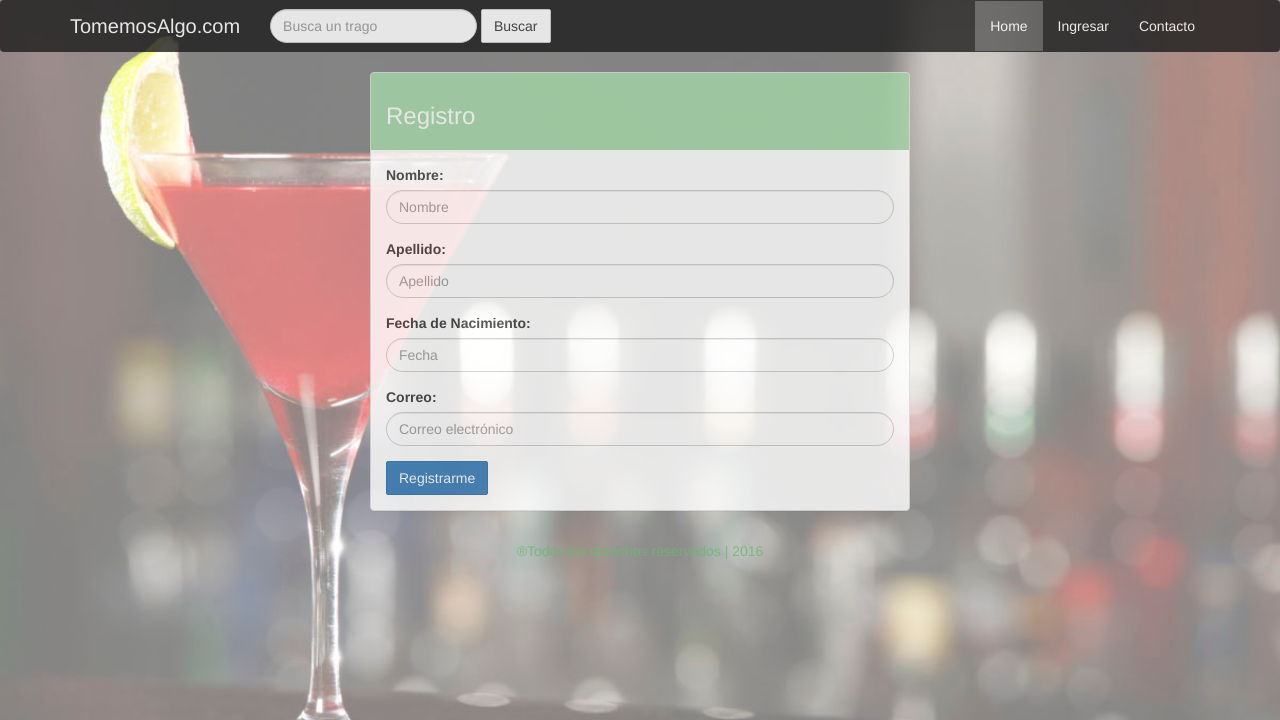
Repository: MaxiAven/TallerWebJava
Page: http://localhost/proyecto-base-spring/WEB-INF/jsp/registro.jsp
The author's editor kept a copy of each file at every save. The page is drawn from the files as they stood at one save, then again after the next save.
The browser window is 1280 px wide. The pictures show the whole page.
Some web libraries are served in a nearby version. The page is served by Tomcat 9. Nobody is signed in. Other server files are loaded and not shown. The template is opened directly, without the code that normally fills it, so the values that code supplies are empty.

Above is the page before, as saved 2016-10-10 18:02:01.

### proyecto-base-spring/src/main/webapp/WEB-INF/jsp/registro.jsp

<!DOCTYPE html>
<html lang="en">
  <head>
    <meta charset="utf-8">
    <meta http-equiv="X-UA-Compatible" content="IE=edge">
    <meta name="viewport" content="width=device-width, initial-scale=1">
    <!-- The above 3 meta tags *must* come first in the head; any other head content must come *after* these tags -->
    <meta name="description" content="">
    <meta name="author" content="">
    <link rel="icon" href="../../favicon.ico">

    <title>QueTomamos | Recetas con Onda</title>

    <!-- Bootstrap core CSS -->
    <link href="css/bootstrap.min.css" rel="stylesheet" >
    <!-- Bootstrap theme -->
    <!-- <link href="css/bootstrap-theme.min.css" rel="stylesheet">-->

  </head>

  <body role="document">

    <!-- Fixed navbar -->
    <nav class="menu navbar navbar-inverse">
      <div class="container">
        <div class="navbar-header">
          <button type="button" class="navbar-toggle collapsed" data-toggle="collapse" data-target="#navbar" aria-expanded="false" aria-controls="navbar">
            <span class="sr-only">Toggle navigation</span>
            <span class="icon-bar"></span>
            <span class="icon-bar"></span>
            <span class="icon-bar"></span>
          </button>
          <a class="navbar-brand" href="#">TomemosAlgo.com</a>
        </div>
        <form class="navbar-form navbar-left">
        <div class="form-group">
          <input type="text" class="form-control" placeholder="Busca un trago">
        </div>
        <button type="submit" class="btn btn-default">Buscar</button>
      </form>
        <div id="navbar" class="navbar-collapse collapse">
          <ul class="nav navbar-nav navbar-right">
            <li class="active"><a href="index">Home</a></li>
            <li><a href="login">Ingresar</a></li>
            <li><a href="#contact">Contacto</a></li>

          </ul>
        </div><!--/.nav-collapse -->
      </div>
    </nav>

    <div class="container">
    	<div class="col-md-3"></div>
    	<div class="col-md-6 contenido">

    		<div class="panel panel-default md">
			  <div class="panel-heading tcolor">
			  	<h3>Registro</h3>
			  </div>
			  <div class="panel-body">
			    <form>
				  <div class="form-group">
				    <label for="Nombre">Nombre:</label>
				    <input type="text" class="form-control" id="nombre" placeholder="Nombre">
				  </div>
				  <div class="form-group">
				    <label for="Apellido">Apellido:</label>
				    <input type="text" class="form-control" id="apellido" placeholder="Apellido">
				  </div>
				  <div class="form-group">
				    <label for="Fecha">Fecha de Nacimiento:</label>
				    <input type="text" class="form-control" id="fecha" placeholder="Fecha">
				  </div>

				  <div class="form-group">
				    <label for="email">Correo:</label>
				    <input type="email" class="form-control" id="email" placeholder="Correo electrónico">
				  </div>

				  <button type="submit" class="btn btn-primary">Registrarme</button>
				</form>
			  </div>
			</div>

    	</div>
    	<div class="col-md-3"></div>
	</div>
    <!-- /container -->

<footer class="footer">
	<div class="col-md-3"></div>
	<div class="col-md-6">
		<p>®Todos los derechos reservados | 2016</p>
	</div>
	<div class="col-md-3"></div>

</footer>
    <!-- Bootstrap core JavaScript
    ================================================== -->
    <!-- Placed at the end of the document so the pages load faster -->
    <script src="https://ajax.googleapis.com/ajax/libs/jquery/1.11.3/jquery.min.js" ></script>
    <script>window.jQuery || document.write('<script src="../../assets/js/vendor/jquery.min.js"><\/script>')</script>
    <script src="js/bootstrap.min.js" type="text/javascript"></script>
  </body>
</html>

Loaded but not shown: proyecto-base-spring/src/main/webapp/css/bootstrap.min.css (library); proyecto-base-spring/src/main/webapp/js/bootstrap.min.js (library)

After the next save:
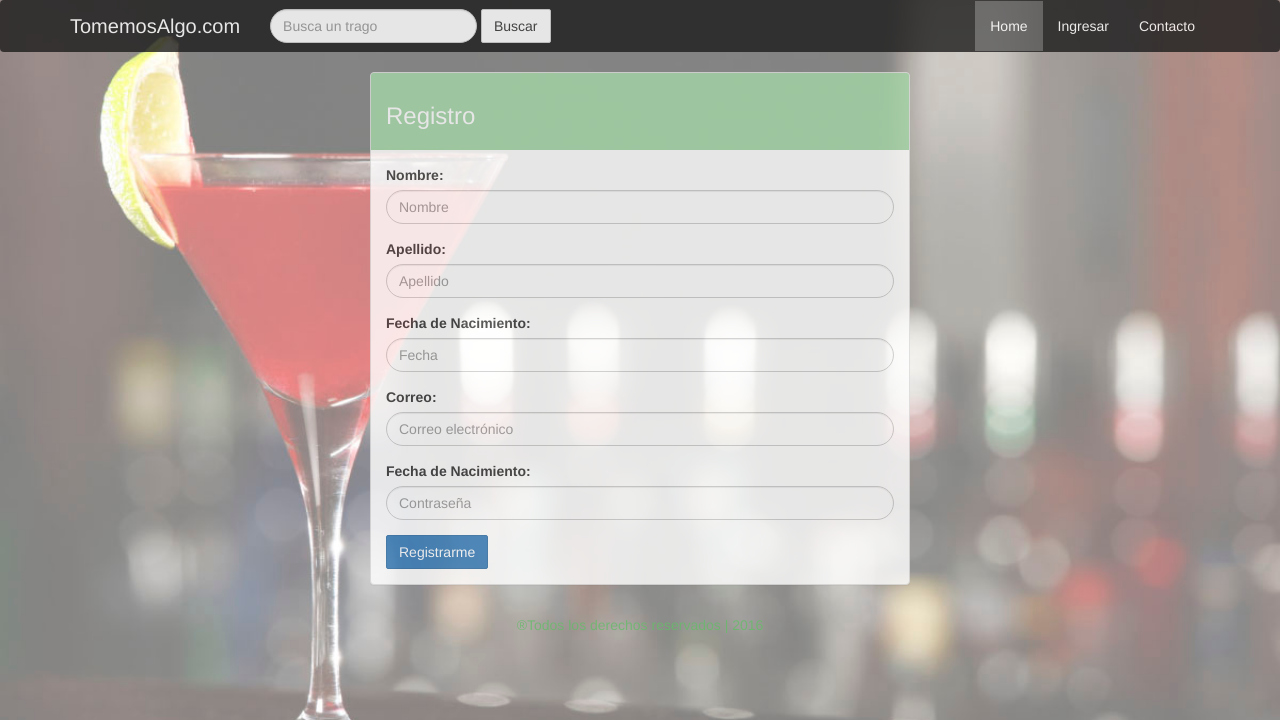
Saved 32 s later.
--- a/proyecto-base-spring/src/main/webapp/WEB-INF/jsp/registro.jsp
+++ b/proyecto-base-spring/src/main/webapp/WEB-INF/jsp/registro.jsp
@@ -78,6 +78,10 @@
 				    <input type="email" class="form-control" id="email" placeholder="Correo electrónico">
 				  </div>
 
+				  <div class="form-group">
+				    <label for="Fecha">Fecha de Nacimiento:</label>
+				    <input type="password" class="form-control" id="pass" placeholder="Contraseña">
+				  </div>
 				  <button type="submit" class="btn btn-primary">Registrarme</button>
 				</form>
 			  </div>
